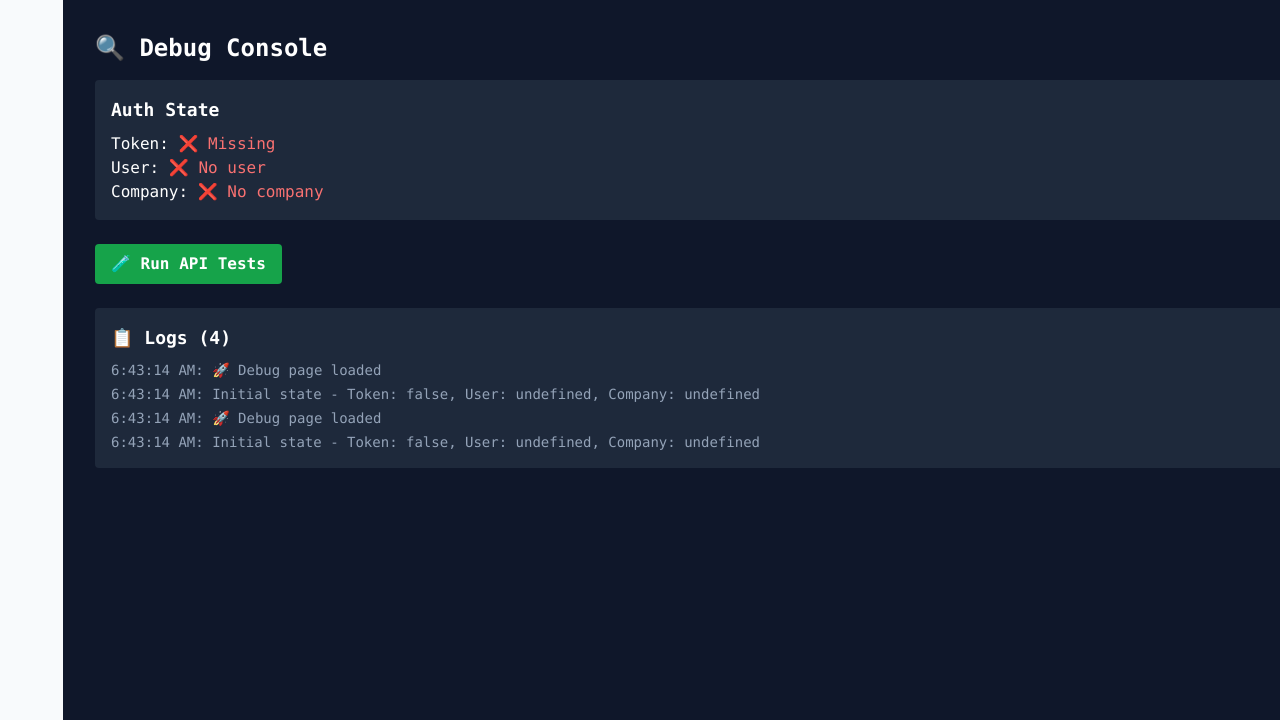
Repository: mahmoudzahran20025-arch/agri-nile-flow
Page: /debug (app in web/)
An editor plug-in stored every save of this project. The page is shown before and after the next save, followed by the edit.
The browser window is 1280 px wide. The pictures show the whole page.
The project was rebuilt for these pictures with package versions that can differ from the ones it lists, and the page was loaded fresh each time. Also part of the build but not shown: web/vite.config.ts, web/src/components/ui/Modal.tsx, web/src/components/forms/ChangePasswordModal.tsx, web/src/components/Header.tsx, web/src/components/OfflineBanner.tsx, web/src/layouts/RootLayout.tsx, web/src/pages/LoginPage.tsx, web/src/components/ui/KPICard.tsx and 20 more. Imported but missing from the stored project, and not drawn on this page: web/src/pages/config/ConfigPage.

Above is the page before, as saved 2026-04-20 19:12:03.

After the next save:
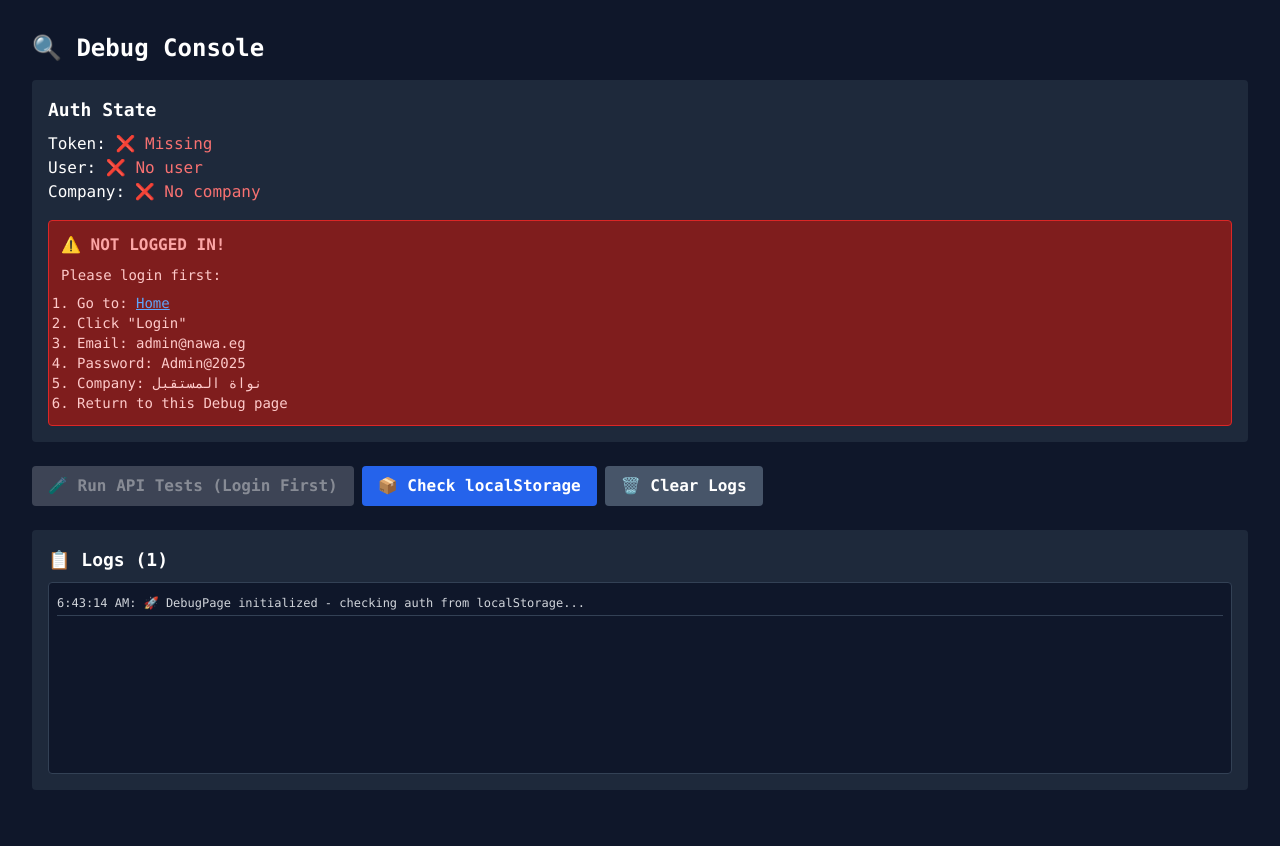
Saved 84 s later.
--- a/web/src/pages/DebugPage.tsx
+++ b/web/src/pages/DebugPage.tsx
@@ -1,11 +1,23 @@
 import { useEffect, useState } from 'react'
 import { useAppStore } from '../store/appStore'
-import { api, suppliersApi, treasuryApi, inventoryApi } from '../api/client'
+import { suppliersApi, treasuryApi, inventoryApi } from '../api/client'
 
 export default function DebugPage() {
   const { token, user, company } = useAppStore()
   const [logs, setLogs] = useState<string[]>([])
   const [apiResults, setApiResults] = useState<Record<string, unknown>>({})
+  const [isHydrated, setIsHydrated] = useState(false)
+
+  // Check if store is hydrated from localStorage
+  useEffect(() => {
+    // Trigger rehydration from localStorage
+    useAppStore.persist.rehydrate()
+    setIsHydrated(true)
+
+    const msg = '🚀 DebugPage initialized - checking auth from localStorage...'
+    console.log(`🔍 [DEBUG] ${msg}`)
+    setLogs([`${new Date().toLocaleTimeString()}: ${msg}`])
+  }, [])
 
   const log = (msg: string) => {
     console.log(`🔍 [DEBUG] ${msg}`)
@@ -21,7 +33,7 @@ export default function DebugPage() {
       if (token) log(`Token preview: ${token.substring(0, 20)}...`)
 
       // 2. Check auth state
-      log(`User: ${user?.name || 'NONE'}`)
+      log(`User: ${user?.full_name || 'NONE'}`)
       log(`Company: ${company?.name || 'NONE'}`)
 
       // 3. Test suppliers
@@ -63,10 +75,41 @@ export default function DebugPage() {
     }
   }
 
-  useEffect(() => {
-    log('🚀 Debug page loaded')
-    log(`Initial state - Token: ${!!token}, User: ${user?.name}, Company: ${company?.name}`)
-  }, [])
+  const checkLocalStorage = () => {
+    log('=== Checking localStorage ===')
+    try {
+      const stored = localStorage.getItem('agro_app')
+      if (stored) {
+        log(`✅ Found agro_app in localStorage`)
+        const parsed = JSON.parse(stored)
+        log(`State keys: ${Object.keys(parsed.state || {}).join(', ')}`)
+        if (parsed.state?.token) {
+          log(`✅ Token found in stored state: ${parsed.state.token.substring(0, 20)}...`)
+        }
+      } else {
+        log(`❌ No agro_app found in localStorage`)
+      }
+
+      const tokenKey = localStorage.getItem('agro_token')
+      if (tokenKey) {
+        log(`✅ Found agro_token separately: ${tokenKey.substring(0, 20)}...`)
+      } else {
+        log(`❌ No agro_token found`)
+      }
+    } catch (e) {
+      log(`❌ localStorage check error: ${String(e)}`)
+    }
+    log('=== localStorage check complete ===')
+  }
+
+  if (!isHydrated) {
+    return (
+      <div className="p-8 bg-slate-900 text-white min-h-screen font-mono">
+        <h1 className="text-2xl font-bold mb-4">🔍 Debug Console</h1>
+        <p className="text-yellow-400">⏳ Loading auth state from localStorage...</p>
+      </div>
+    )
+  }
 
   return (
     <div className="p-8 bg-slate-900 text-white min-h-screen font-mono" dir="ltr">
@@ -76,37 +119,85 @@ export default function DebugPage() {
       <div className="mb-6 p-4 bg-slate-800 rounded">
         <h2 className="text-lg font-bold mb-2">Auth State</h2>
         <p>Token: <span className={token ? 'text-green-400' : 'text-red-400'}>{token ? '✅ Present' : '❌ Missing'}</span></p>
-        <p>User: <span className={user ? 'text-green-400' : 'text-red-400'}>{user?.name || '❌ No user'}</span></p>
+        <p>User: <span className={user ? 'text-green-400' : 'text-red-400'}>{user?.full_name || '❌ No user'}</span></p>
         <p>Company: <span className={company ? 'text-green-400' : 'text-red-400'}>{company?.name || '❌ No company'}</span></p>
-      </div>
-
-      {/* Test Button */}
-      <button
-        onClick={testApis}
-        className="px-4 py-2 bg-green-600 hover:bg-green-700 rounded font-bold mb-6"
-      >
-        🧪 Run API Tests
-      </button>
+
+        {!token && (
+          <div className="mt-4 p-3 bg-red-900 border border-red-600 rounded">
+            <p className="text-red-300 font-bold">⚠️ NOT LOGGED IN!</p>
+            <p className="text-red-200 text-sm mt-2">Please login first:</p>
+            <ol className="text-red-200 text-sm mt-2 ml-4 list-decimal">
+              <li>Go to: <a href="/" className="text-blue-400 underline">Home</a></li>
+              <li>Click "Login"</li>
+              <li>Email: admin@nawa.eg</li>
+              <li>Password: Admin@2025</li>
+              <li>Company: نواة المستقبل</li>
+              <li>Return to this Debug page</li>
+            </ol>
+          </div>
+        )}
+      </div>
+
+      {/* Control Buttons */}
+      <div className="mb-6 flex gap-2 flex-wrap">
+        <button
+          onClick={testApis}
+          disabled={!token}
+          className={`px-4 py-2 rounded font-bold ${
+            token ? 'bg-green-600 hover:bg-green-700 cursor-pointer' : 'bg-gray-500 cursor-not-allowed opacity-50'
+          }`}
+        >
+          🧪 Run API Tests {!token && '(Login First)'}
+        </button>
+
+        <button
+          onClick={checkLocalStorage}
+          className="px-4 py-2 rounded font-bold bg-blue-600 hover:bg-blue-700"
+        >
+          📦 Check localStorage
+        </button>
+
+        <button
+          onClick={() => {
+            setLogs([])
+            setApiResults({})
+          }}
+          className="px-4 py-2 rounded font-bold bg-slate-600 hover:bg-slate-700"
+        >
+          🗑️ Clear Logs
+        </button>
+      </div>
 
       {/* Logs */}
       <div className="mb-6 p-4 bg-slate-800 rounded">
         <h2 className="text-lg font-bold mb-2">📋 Logs ({logs.length})</h2>
-        <div className="overflow-y-auto max-h-64 space-y-1 text-sm">
-          {logs.map((log, i) => (
-            <p key={i} className="text-slate-400">
-              {log}
-            </p>
-          ))}
+        <div className="h-48 overflow-y-auto bg-slate-900 p-2 rounded border border-slate-700 text-xs text-gray-300">
+          {logs.length === 0 ? (
+            <p className="text-gray-500">No logs yet. Click a button above to start.</p>
+          ) : (
+            logs.map((log, i) => (
+              <div key={i} className="py-1 border-b border-slate-700">
+                {log}
+              </div>
+            ))
+          )}
         </div>
       </div>
 
       {/* API Results */}
       {Object.keys(apiResults).length > 0 && (
-        <div className="p-4 bg-slate-800 rounded">
+        <div className="mb-6 p-4 bg-slate-800 rounded">
           <h2 className="text-lg font-bold mb-2">📊 API Results</h2>
-          <pre className="text-xs overflow-x-auto max-h-96 text-slate-300">
-            {JSON.stringify(apiResults, null, 2)}
-          </pre>
+          <div className="space-y-4">
+            {Object.entries(apiResults).map(([key, value]) => (
+              <div key={key} className="bg-slate-900 p-3 rounded border border-slate-700">
+                <h3 className="font-bold text-blue-400 mb-2">{key}:</h3>
+                <pre className="text-xs overflow-auto max-h-48 text-gray-300">
+                  {JSON.stringify(value, null, 2)}
+                </pre>
+              </div>
+            ))}
+          </div>
         </div>
       )}
     </div>
